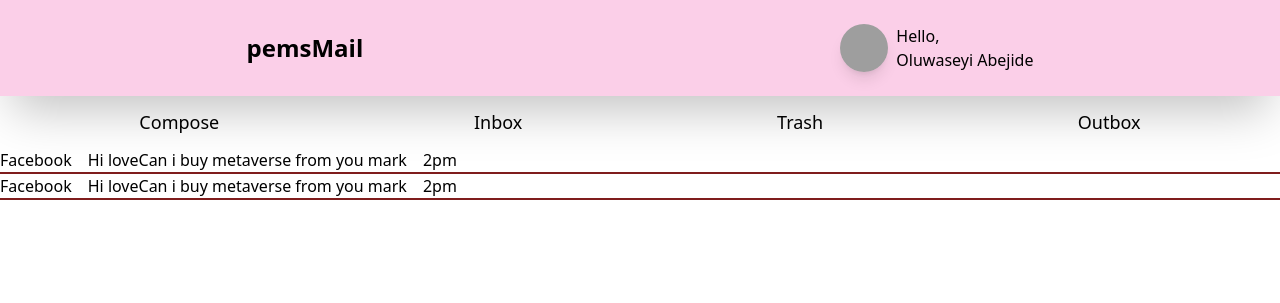
Repository: Semanmernstack/mailclone
Page: /
These files come from the project's save history. The page is drawn as it stood at one moment and after the next save; the edit follows.
The browser window is 1280 px wide. The pictures show the whole page.
Pictures or frames that could not be fetched are drawn as grey boxes. The project was rebuilt for these pictures with package versions that can differ from the ones it lists, and the page was loaded fresh each time. Also part of the build but not shown: src/features/counter/Counter.module.css, src/features/counter/Counter.js.

Above is the page before, as saved 2023-01-16 02:52:01.

### src/App.js
import React from 'react';

import { Counter } from './features/counter/Counter';
import Header from './Header';
import {
  BrowserRouter,
  Routes,
  Route,
} from "react-router-dom";
import Open from './Open';
import Topbar from './Topbar';


function App() {
  return (
    <div className="App">

      <BrowserRouter>

        <Header/>
        <Topbar/>
        <Routes>
          <Route exact path="/" element={<Open/>} />
        </Routes>
      </BrowserRouter>
    </div>
  );
}

export default App;

### src/features/counter/counterSlice.js
import { createAsyncThunk, createSlice } from '@reduxjs/toolkit';
import { fetchCount } from './counterAPI';

const initialState = {
  value: 0,
  status: 'idle',
};

// The function below is called a thunk and allows us to perform async logic. It
// can be dispatched like a regular action: `dispatch(incrementAsync(10))`. This
// will call the thunk with the `dispatch` function as the first argument. Async
// code can then be executed and other actions can be dispatched. Thunks are
// typically used to make async requests.
export const incrementAsync = createAsyncThunk(
  'counter/fetchCount',
  async (amount) => {
    const response = await fetchCount(amount);
    // The value we return becomes the `fulfilled` action payload
    return response.data;
  }
);

export const counterSlice = createSlice({
  name: 'counter',
  initialState,
  // The `reducers` field lets us define reducers and generate associated actions
  reducers: {
    increment: (state) => {
      // Redux Toolkit allows us to write "mutating" logic in reducers. It
      // doesn't actually mutate the state because it uses the Immer library,
      // which detects changes to a "draft state" and produces a brand new
      // immutable state based off those changes
      state.value += 1;
    },
    decrement: (state) => {
      state.value -= 1;
    },
    // Use the PayloadAction type to declare the contents of `action.payload`
    incrementByAmount: (state, action) => {
      state.value += action.payload;
    },
  },
  // The `extraReducers` field lets the slice handle actions defined elsewhere,
  // including actions generated by createAsyncThunk or in other slices.
  extraReducers: (builder) => {
    builder
      .addCase(incrementAsync.pending, (state) => {
        state.status = 'loading';
      })
      .addCase(incrementAsync.fulfilled, (state, action) => {
        state.status = 'idle';
        state.value += action.payload;
      });
  },
});

export const { increment, decrement, incrementByAmount } = counterSlice.actions;

// The function below is called a selector and allows us to select a value from
// the state. Selectors can also be defined inline where they're used instead of
// in the slice file. For example: `useSelector((state: RootState) => state.counter.value)`
export const selectCount = (state) => state.counter.value;

// We can also write thunks by hand, which may contain both sync and async logic.
// Here's an example of conditionally dispatching actions based on current state.
export const incrementIfOdd = (amount) => (dispatch, getState) => {
  const currentValue = selectCount(getState());
  if (currentValue % 2 === 1) {
    dispatch(incrementByAmount(amount));
  }
};

export default counterSlice.reducer;

### src/Header.js
import React from 'react'

function Header() {
  return (
    <div className="flex items-center justify-around p-2     h-24 bg-pink-200 border-b-pink-800 shadow-2xl">
        <div>
            <h1 className="text-lg md:text-2xl font-semibold">pemsMail</h1>

        </div>
        <div className="flex items-center justify-evenly">

            <img className="h-12 w-12 rounded-full shadow-lg" src="https://cdn.pixabay.com/photo/2022/12/01/12/26/countryside-7629017__340.jpg" alt="pic" />
            <div className="ml-2">
                <p>Hello,</p>
                <p>Oluwaseyi Abejide</p>
            </div>
        </div>
    </div>
  )
}

export default Header

### src/Open.js
import React from 'react'
import OpenRow from './OpenRow'

function Open() {
  return (
    <div>
         <OpenRow
                    title="Facebook"
                    subject="Hi love"
                    description="Can i buy metaverse from you mark"
                    time="2pm"
                />
                <OpenRow
                    title="Facebook"
                    subject="Hi love"
                    description="Can i buy metaverse from you mark"
                    time="2pm"
                />
    </div>
  )
}

export default Open

### src/Topbar.js
import React from 'react'

function Topbar() {
  return (
    <div className="flex items-center justify-around text-lg p-3">
        <div className='hover:underline hover:text-red-900 hover:text-2xl'>
            <p>Compose</p>
        </div>
        <div className='hover:underline hover:text-red-900 hover:text-2xl'>
            <p>Inbox</p>
        </div>
        <div className='hover:underline hover:text-red-900 hover:text-2xl'>
            <p>Trash</p>
        </div>
        <div className='hover:underline hover:text-red-900 hover:text-2xl'>
            <p>Outbox</p>
        </div>
    </div>
  )
}

export default Topbar

### src/OpenRow.js
import React from 'react'

function OpenRow({ title, subject, description, time }) {
  return (
    <div className="flex gap-4 border-b-2 border-b-red-900">
      <div className="">
            <h3>{title}</h3>
        </div>
        <div className="">
            <h4>{subject}
                <span className=""  >{description}</span>
            </h4>
        </div>
        <div className="">
            <h4>{time}</h4>
        </div>
    </div>
  )
}

export default OpenRow

Loaded but not shown: public/index.html (common file); src/index.js (common file); src/app/store.js (common file); src/reportWebVitals.js (common file); src/index.css (common file); src/features/counter/counterAPI.js (common file); tailwind.config.js (common file)

After the next save:
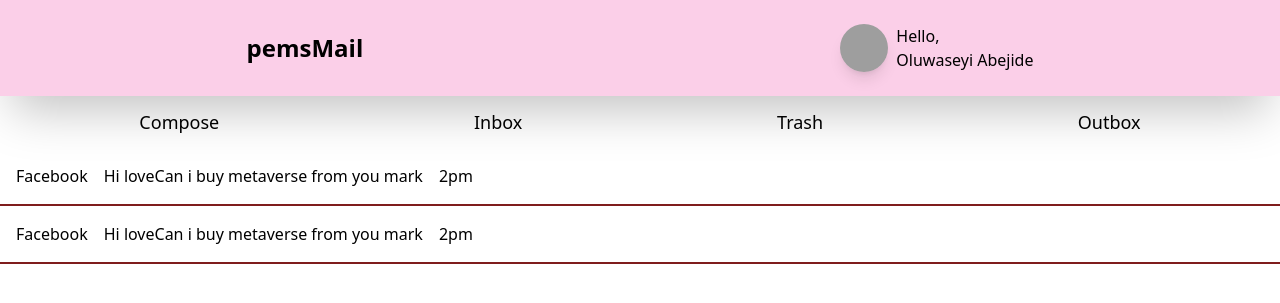
Saved 9 s later.
--- a/src/OpenRow.js
+++ b/src/OpenRow.js
@@ -2,7 +2,7 @@ import React from 'react'
 
 function OpenRow({ title, subject, description, time }) {
   return (
-    <div className="flex gap-4 border-b-2 border-b-red-900">
+    <div className="flex gap-4 border-b-2 border-b-red-900 p-4">
       <div className="">
             <h3>{title}</h3>
         </div>
